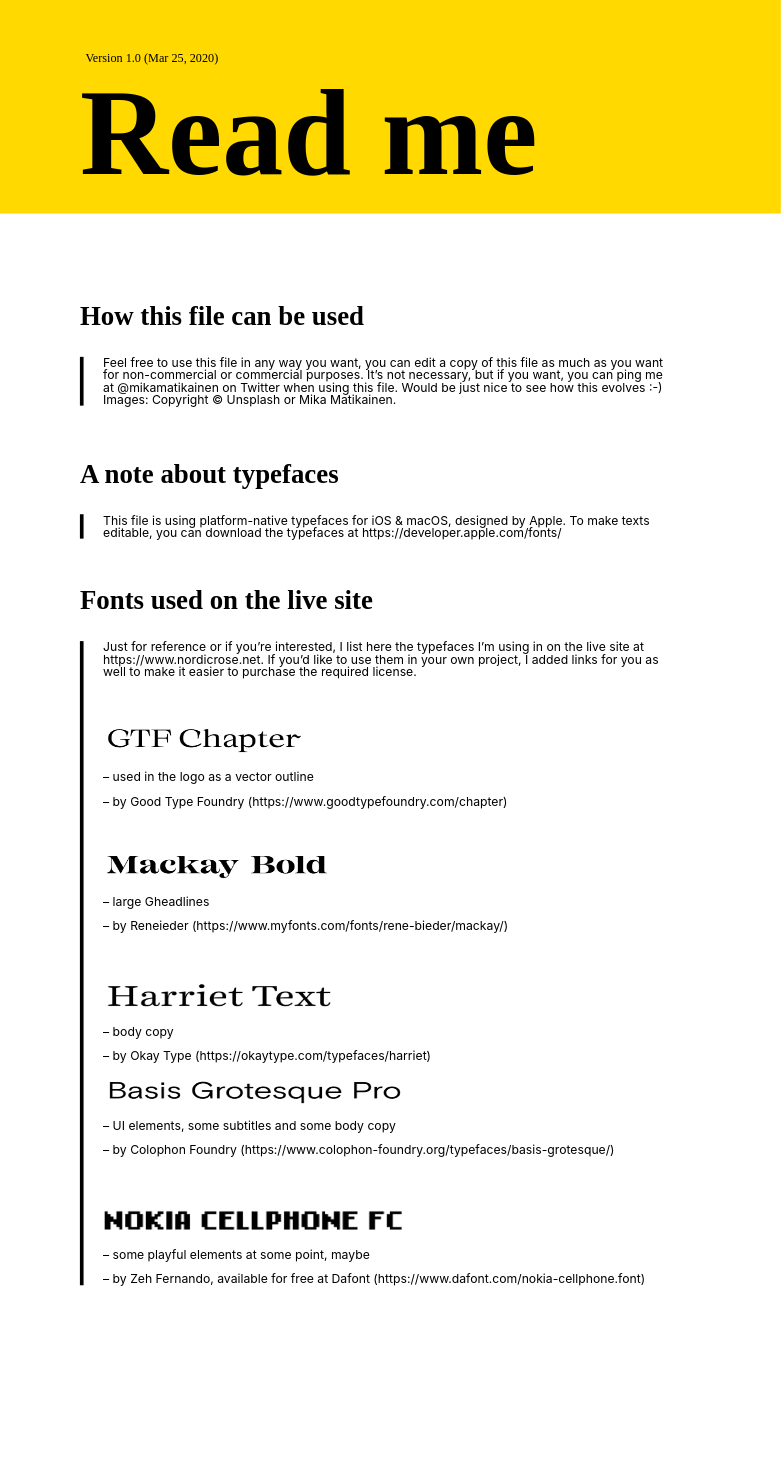
Repository: ThuTrang-jvb/JVB-BT1
Page: readme.html
The author's editor kept a copy of each file at every save. The page is drawn from the files as they stood at one save, then again after the next save.
The browser window is 1280 px wide. The pictures show the whole page, at 61% of full size.

Above is the page before, as saved 2025-06-24 13:35:56.

After the next save:
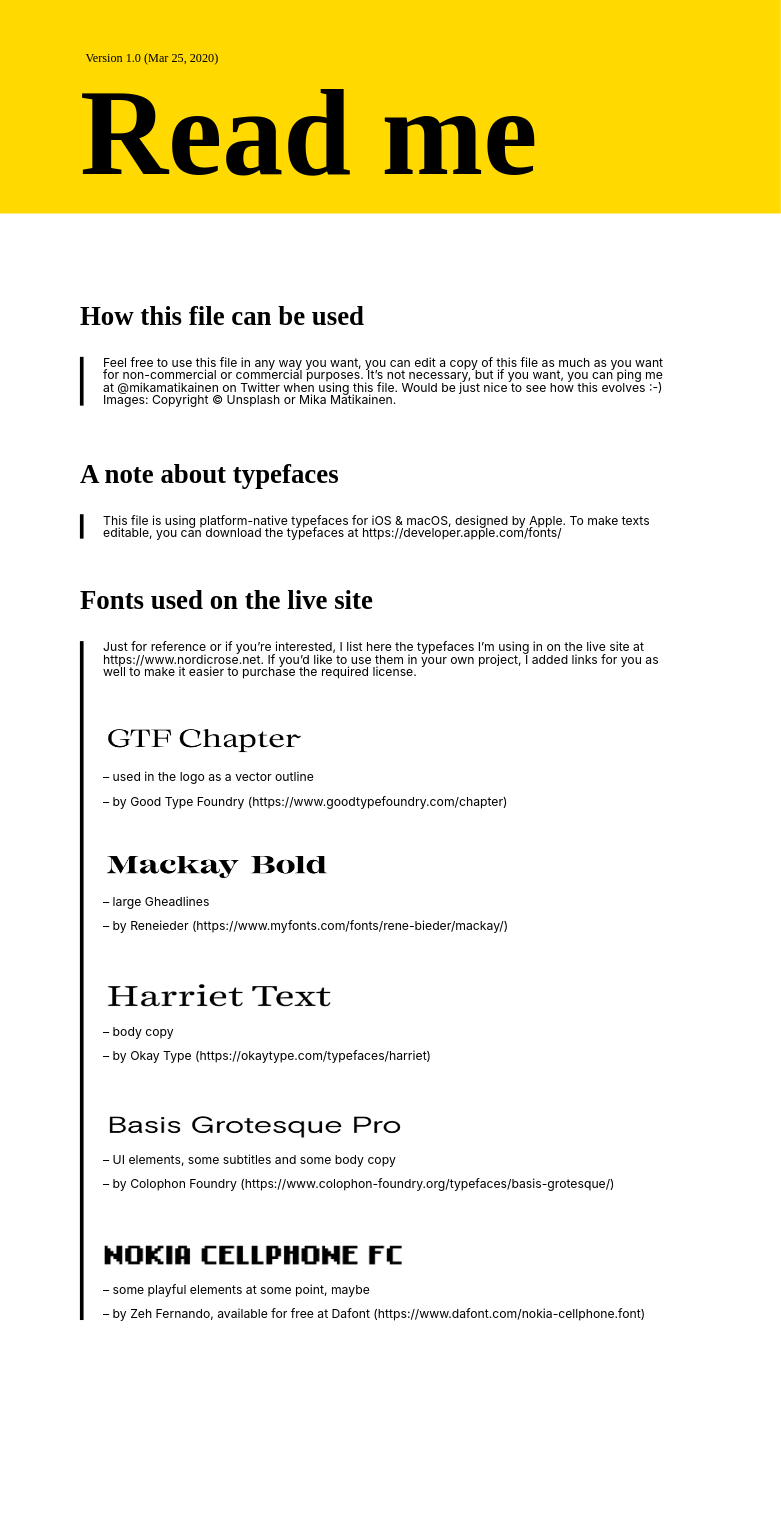
Saved 4 s later.
--- a/Page1/style.css
+++ b/Page1/style.css
@@ -85,7 +85,7 @@ img {
 .type4 {
     width: 493.82196044921875px;
     height: 49.57200241088867px;
-    padding-top: px;
+    padding-top: 56.44px;
 }
 .type5 {
     width: 493.82196044921875px;
